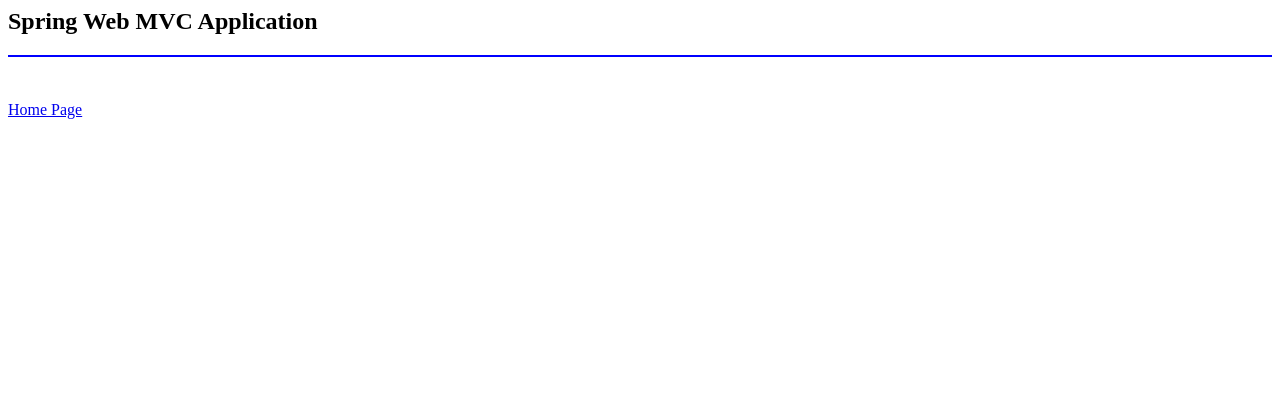
Repository: bharatiba/spring-training
Page: http://localhost/spring-web/
The author's editor kept a copy of each file at every save. The page is drawn from the files as they stood at one save, then again after the next save.
The browser window is 1280 px wide. The pictures show the whole page.
The page is served by Tomcat 9.

Above is the page before, as saved 2022-03-01 10:59:32.

After the next save:
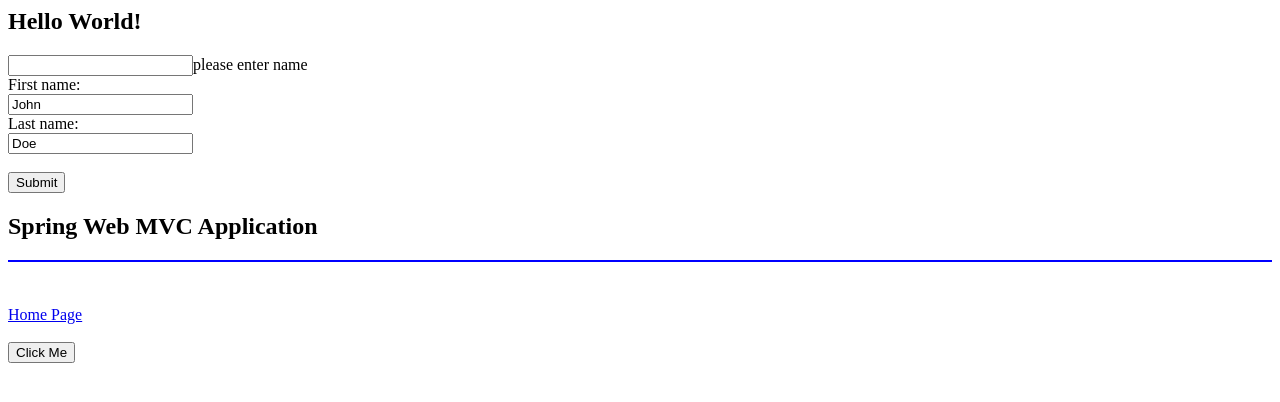
Saved 2 min 12 s later.
--- a/spring-web/src/main/webapp/index.jsp
+++ b/spring-web/src/main/webapp/index.jsp
@@ -1,10 +1,43 @@
 <html>
 <body>
+<h2>Hello World!</h2>
+<div>
+
+<input>please enter name</input>
+
+
+<form action="/action_page.php">
+  <label for="fname">First name:</label><br>
+  <input type="text" id="fname" name="fname" value="John"><br>
+  <label for="lname">Last name:</label><br>
+  <input type="text" id="lname" name="lname" value="Doe"><br><br>
+  <input type="submit" value="Submit">
+</form>
+
 <h2>Spring Web MVC Application</h2>
 <hr color="blue">
 <br><br>
-<a href="myHome">Home Page</a>
+<a href="Hello">Home Page</a>
+<br><br>
 
-<br><br>
+<button onclick="Hello()"> Click Me </button>
+
+<script>
+
+function Hello()
+
+{
+
+alert("Hi");
+}
+</script>
+
+
+
+
+
+
+
+</div>
 </body>
 </html>
